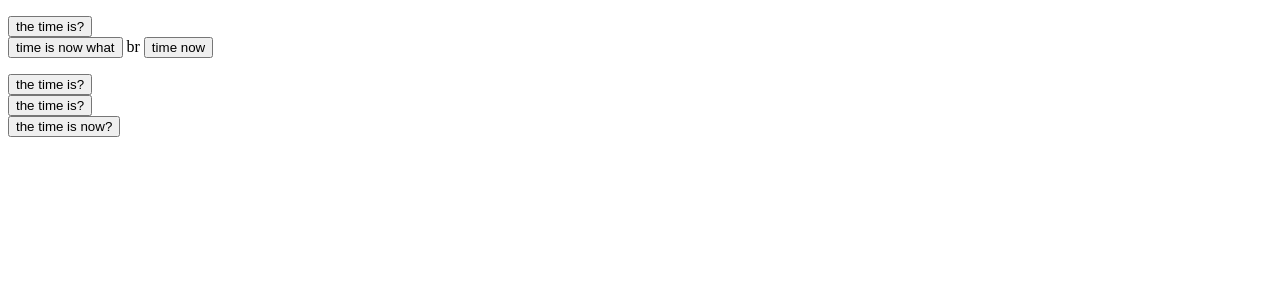
Repository: Dauddaniel/my-clock
Page: Bulb/Event.html
The author's editor kept a copy of each file at every save. The page is drawn from the files as they stood at one save, then again after a run of saves.
The browser window is 1280 px wide. The pictures show the whole page.

Above is the page before, as saved 2023-05-18 08:47:04.

After the next 3 saves:
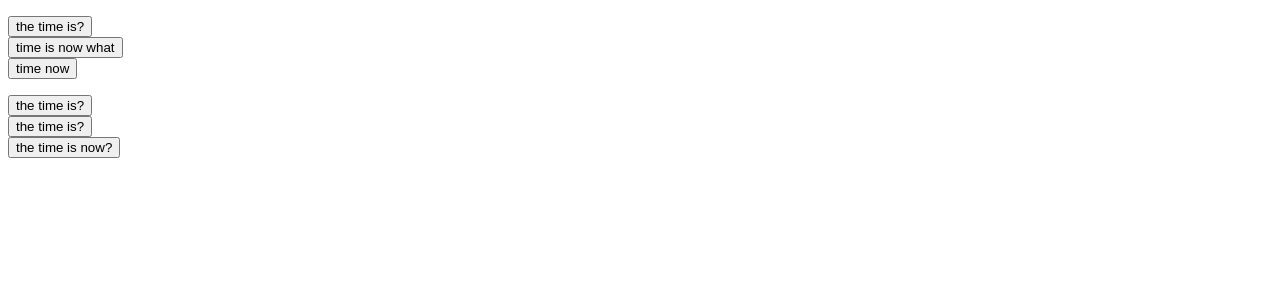
The 3 saves are shown as one change because they came seconds apart.
The last was saved 9 s later.
--- a/Bulb/Event.html
+++ b/Bulb/Event.html
@@ -11,7 +11,7 @@
     <p id="onmouse"></p>
 
     <button onclick="document.getElementById (demo).innerHTML=date()"> the time is?</button><br>
-    <button onmouseout="document.getElementById('onmouse').innerHTML=Date()">time is now what</button>  br
+    <button onmouseout="document.getElementById('onmouse').innerHTML=Date()">time is now what</button> <br>
     <button onmouseover="document.getElementById('onmouse').innerHTML=Date()">time now</button>
 
     <p id="demo"></p>
